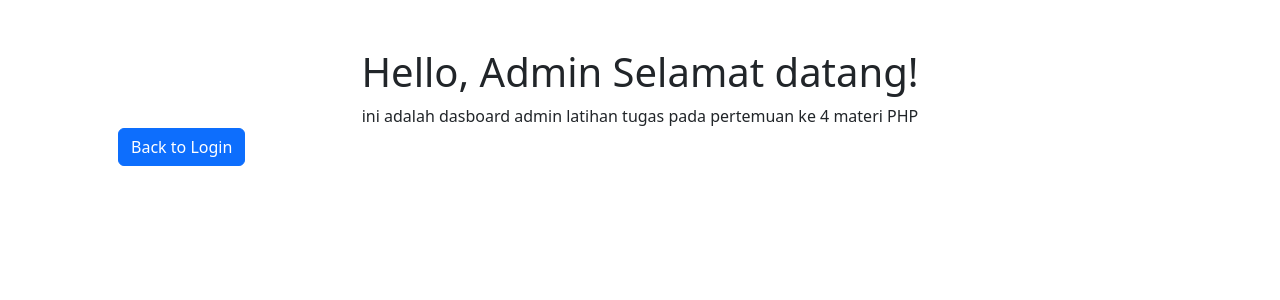
Repository: AHSANS354/Tugas-MSIB-5-GitHub
Page: http://localhost/tugas login/admin.php
These files come from the project's save history. The page is drawn as it stood at one moment and after the next save; the edit follows.
The browser window is 1280 px wide. The pictures show the whole page.
The page is run by PHP 8.4 with error messages shown; the project is at /var/www/html/.

Above is the page before, as saved 2023-09-28 00:28:43.

After the next save:
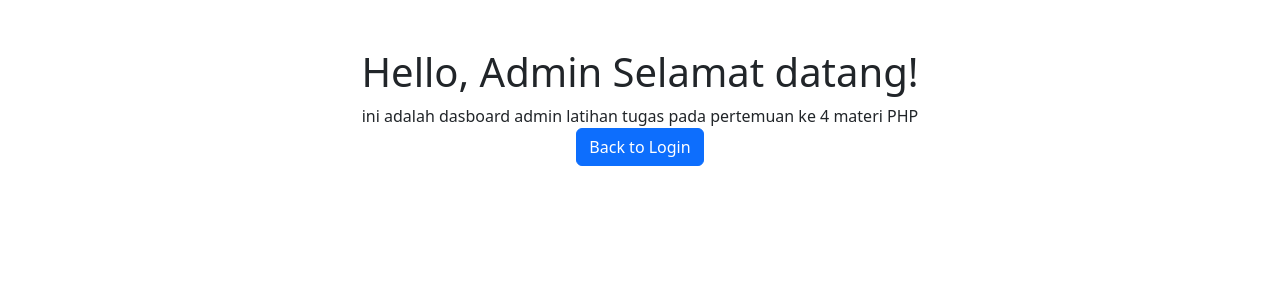
Saved 15 s later.
--- a/tugas login/admin.php
+++ b/tugas login/admin.php
@@ -20,8 +20,8 @@
                 <span>ini adalah dasboard admin latihan tugas pada pertemuan ke 4 materi PHP</span>
             </div>
         </div>
-        <div class="row d-flex justify-content-center">
-            <div class="col">
+        <div class="row">
+            <div class="col d-flex justify-content-center">
                 <button class="btn btn-primary">Back to Login</button>
             </div>
         </div>
